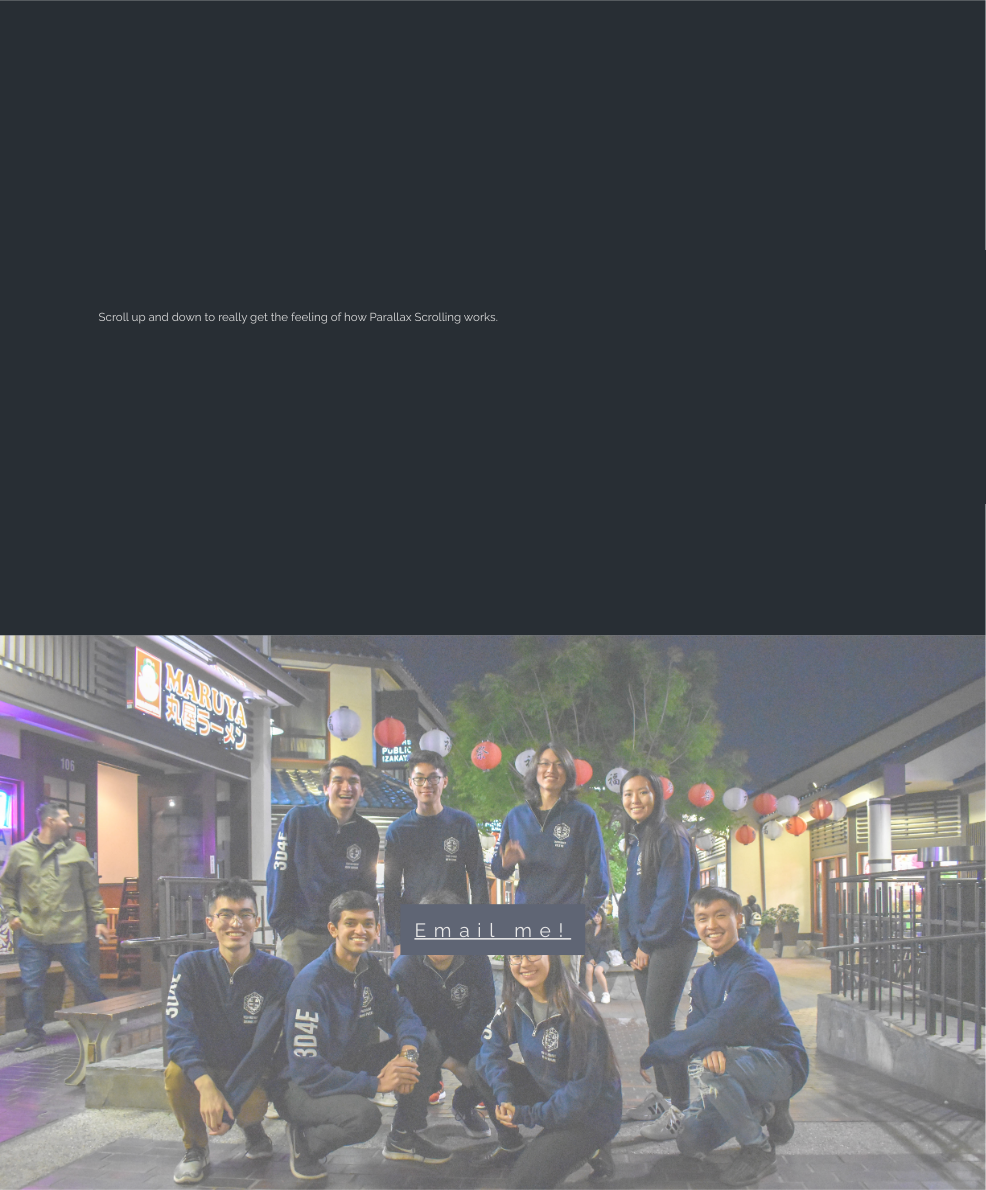
Repository: aliyuanh/me
Page: index.html
An editor plug-in stored every save of this project. The page is shown before and after the next save, followed by the edit.
The browser window is 1280 px wide. The pictures show the part of the page from y = 1986 to 3531 px (the page is 3531 px tall before and 2863 px after), at 77% of full size.

Above is the page before, as saved 2020-09-17 12:43:11.

### index.html
<!DOCTYPE html>
<html>

<head>
    <link href="https://fonts.googleapis.com/css2?family=Raleway:ital,wght@0,100;0,400;1,400;1,500&display=swap" rel="stylesheet">
    <meta name="viewport" content="width=device-width, initial-scale=1">
    <style>
         :root {
            --oxford-blue: #0b132bff;
            --space-cadet: #1c2541ff;
            --cadet-blue: #4da1a9ff;
            --wheat: #edd4b2ff;
            --mountbatten-pink: #9a7aa0ff;
        }

        body,
        html {
            height: 100%;
            margin: 0;
            font: 400 15px/1.8 "Raleway", sans-serif;
            color: #777;
        }

        .bgimg-1,
        .bgimg-2,
        .bgimg-3 {
            position: relative;
            opacity: 0.65;
            background-attachment: fixed;
            background-position: center;
            background-repeat: no-repeat;
            background-size: cover;
        }

        .bgimg-1 {
            background-image: url("img/tokyo.jpg");
            min-height: 100%;
        }

        .bgimg-2 {
            background-image: url("img/imagineering.jpg");
            min-height: 400px;
        }

        .bgimg-3 {
            background-image: url("img/cmmnd.png");
            min-height: 400px;
        }

        .caption {
            position: absolute;
            left: 0;
            top: 50%;
            width: 100%;
            text-align: center;
            color: #000;
        }

        .caption span.border {
            background-color: var(--oxford-blue);
            color: var(--wheat);
            padding: 18px;
            font-size: 25px;
            letter-spacing: 10px;
        }

        h3 {
            letter-spacing: 5px;
            text-transform: uppercase;
            font: 20px "Raleway", sans-serif;
            color: #111;
        }
        /* Turn off parallax scrolling for tablets and phones */

        .toResume {
            top: 10%;
            width: 100%;
            right: 10%;
            text-align: right;
            color: #000;
            position: absolute;
        }

        .resumeButton {
            background-color: var(--space-cadet);
            color: var(--wheat);
            padding: 18px;
            font-size: 16px;
            letter-spacing: 6px;
        }

        .headers {
            padding: 18px;
            font-size: 25px;
            letter-spacing: 10px;
            background-color: transparent;
            font-size: 35px;
            color: var(--wheat);
        }

        .blockForText {
            color: #ddd;
            background-color: #282E34;
            text-align: center;
            padding: 30% 10%;
            text-align: justify;
        }

        .titleForBlock {
            color: var(--wheat);
            background-color: transparent;
            text-align: center;
            top: 1em;
            font-size: x-large;
            text-shadow: 2px 2px 4px #000;
        }

        @media only screen and (max-device-width: 1024px) {
            .bgimg-1,
            .bgimg-2,
            .bgimg-3 {
                background-attachment: scroll;
            }
        }
        /* CSS HEX */
    </style>
</head>

<body>

    <div class="bgimg-1">
        <div class="toResume">
            <a class="resumeButton" href="https://drive.google.com/file/d/1WPi9M0jbwAtVQjWsxIvFWxaKqeurGUjf/view?usp=sharing">RESUME</a>
        </div>
        <div class="caption">
            <span class="border">AMANDA HAN</span>
        </div>
    </div>

    <div style="color: #777;background-color:white;text-align:center;padding:50px 80px;text-align: justify;">
        <h3 style="text-align:center;">Hi! I'm Amanda.</h3>
        <p>I'm a software developer interested in computer graphics and computer vision. Right now, I'm a junior Computer Science major at UCLA (go Bruins!). You can take a look at my professional work as an intern at Walt Disney Imagineering and Dolby Laboratories,
            as well as my computer graphics work down below.
        </p>
    </div>

    <div class="bgimg-2">
        <div class="caption">
            <span class="headers">PROFESSIONAL EXPERIENCE</span>
        </div>
    </div>

    <div style="position:relative;">
        <div style="color:#ddd;background-color:#282E34;text-align:center;padding:50px 80px;text-align: justify;">
            <p class="titleForBlock">Walt Disney Imagineering</p>
            <p>Scroll up and down to really get the feeling of how Parallax Scrolling works.</p>
        </div>
    </div>

    <div class="bgimg-3">
        <div class="caption">
            <span class="border" style="background-color:transparent;font-size:25px;color: #f7f7f7;">SCROLL UP</span>
        </div>
    </div>

    <div style="position:relative;">
        <div class="blockForText">
            <p>Scroll up and down to really get the feeling of how Parallax Scrolling works.</p>
        </div>
    </div>

    <div class="bgimg-1">
        <div class="caption">
            <span class="border"><a href="mailto: aliyuanh@ucla.edu" style="color:#ddd ">Email me!</a></span>
        </div>
    </div>

</body>

</html>

After the next save:
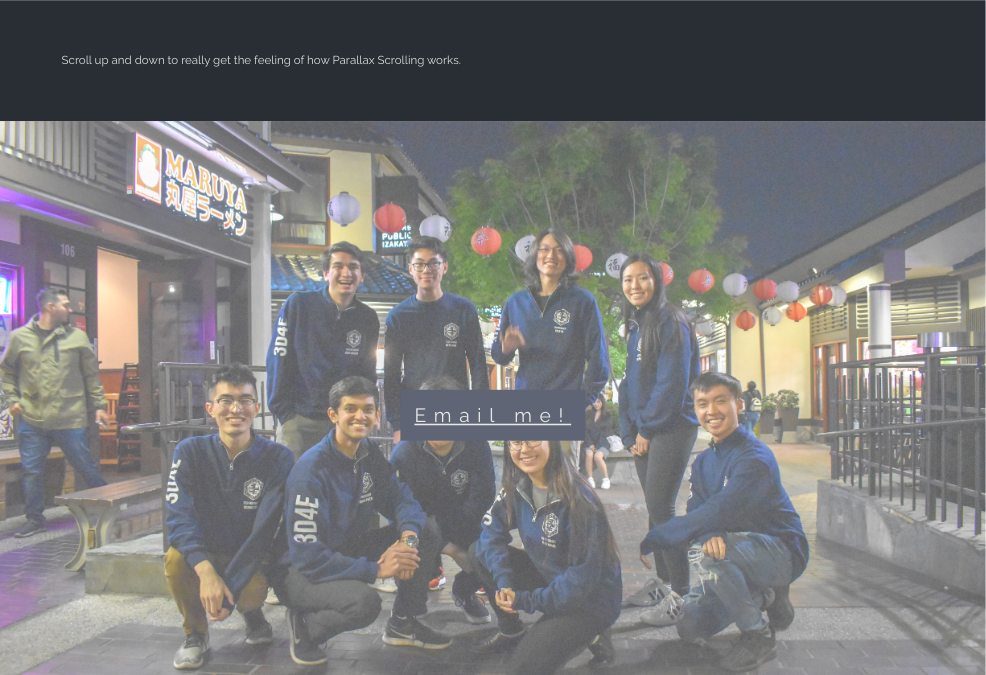
Saved 11 s later.
--- a/index.html
+++ b/index.html
@@ -102,7 +102,7 @@
             color: #ddd;
             background-color: #282E34;
             text-align: center;
-            padding: 30% 10%;
+            padding: 50px 80px;
             text-align: justify;
         }
 
